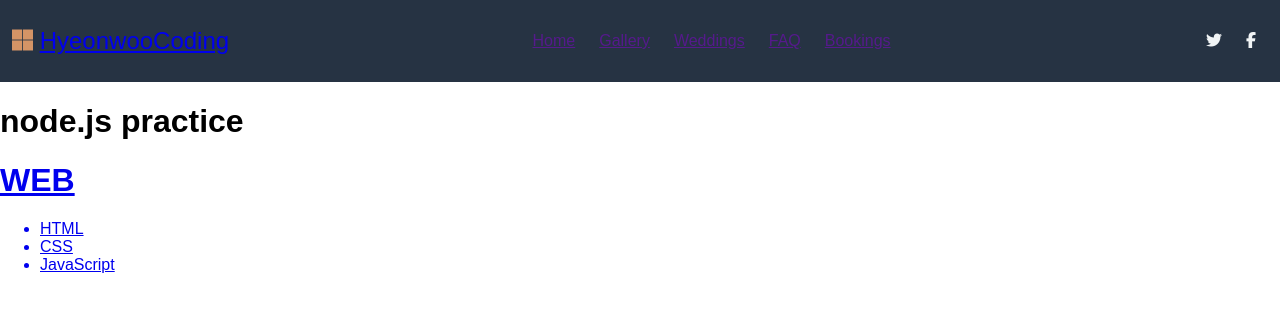
Repository: hhw12409/pracite-node.js
Page: http://localhost/
These files come from the project's save history. The page is drawn as it stood at one moment and after the next save; the edit follows.
The browser window is 1280 px wide. The pictures show the whole page.
Some web fonts or font styles are not loaded; a fallback is used. Some web libraries are served in a nearby version. The page is served by the project's Node server (server.js).

Above is the page before, as saved 2022-04-30 09:58:14.
Not found: main.js

### views/index.ejs
<!DOCTYPE html>
<html lang="en">
<head>
  <meta charset="UTF-8">
  <meta http-equiv="X-UA-Compatible" content="IE=edge">
  <meta name="viewport" content="width=device-width, initial-scale=1.0">
  <title>node.js practice</title>
</head>
<body>
  <%- include('nav.html')%>
  <h1>node.js practice</h1>
  <a href="/"><h1>WEB</h1></a>
  <ul>
    <a href="/html"><li>HTML</li></a>
    <a href="/css"><li>CSS</li></a>
    <a href="/javascript"><li>JavaScript</li></a>
  </ul>
</body>
</html>

### views/nav.html

<!DOCTYPE html>
<html lang="en">
<head>
    <meta charset="UTF-8">
    <meta http-equiv="X-UA-Compatible" content="IE=edge">
    <meta name="viewport" content="width=device-width, initial-scale=1.0">
    <link rel="stylesheet" href="/css/styles.css">
    <link rel="preconnect" href="https://fonts.googleapis.com">
    <link rel="preconnect" href="https://fonts.gstatic.com" crossorigin>
    <title>Nav bar</title>
    <script
    src="https://kit.fontawesome.com/6478f529f2.js"
    crossorigin="anonymous">
    </script>
    <script src="main.js" defer></script>
</head>
<body>
    <nav class="navbar">
        <div class="navbar__logo">
            <i class="fab fa-microsoft"></i>
            <a href="#">HyeonwooCoding</a>
        </div>

        <ul class="navbar__menu">
            <li><a href="">Home</a></li>
            <li><a href="">Gallery</a></li>
            <li><a href="">Weddings</a></li>
            <li><a href="">FAQ</a></li>
            <li><a href="">Bookings</a></li>
        </ul>

        <ul class="navbar__icons">
            <li><i class="fab fa-twitter"></i></li>
            <li><i class="fab fa-facebook-f"></i></li>
        </ul>

        <a href="#" class="navbar__togleBtn">
            <i class="fas fa-bars"></i>
        </a>
    </nav>
</body>
</html>

### server.js
const express = require('express');
const app = express();

// css middleware연동
app.use(express.static(__dirname + '/public'));

app.set('view engine', 'ejs');

require('dotenv').config()

app.get('/', (req, res)=> {
  res.render('index.ejs', {})
})

app.get('/html', (req, res)=> {
  res.render('html.ejs', {})
})

app.get('/css', (req, res)=> {
  res.render('css.ejs', {})
})

app.get('/javascript', (req, res)=> {
  res.render('javascript.ejs', {})
})

app.listen(process.env.PORT , function(){
  console.log("listening on server");
});

### public/css/styles.css
@import url("https://fonts.googleapis.com/css2?family=Source+Sans+Pro&display=swap");

@import "variables.css";

/* Components */
@import "components/nav-bar.css";

body{
  margin: 0;
  font-family: 'Source Sans Pro', sans-serif;
}

### public/css/variables.css
:root {
  --text-color: #f0f4f5;
  --background-color: #263343;
  --accent-color: #d49466;
}

### public/css/components/nav-bar.css
.navbar {
  display: flex;
  justify-content: space-between;
  align-items: center;
  background-color: var(--background-color);
  padding: 8px 12px;
}

.navbar__logo {
  font-size: 24px;
  color: var(--text-color);
}

.navbar__logo i {
  color: var(--accent-color);
}

.navbar__menu {
  display: flex;
  list-style: none;
  padding-left: 0;
}

.navbar__menu li {
  padding : 8px 12px;
}

.navbar__menu li:hover {
  background-color: var(--accent-color);
  border-radius: 4px;
}

.navbar__icons {
  list-style: none;
  color:var(--text-color);
  display: flex;
  padding-left: 0;
}

.navbar__icons li {
  padding: 8px 12px;
}

.navbar__togleBtn {
  display: none;
  position: absolute;
  right: 32px;
  font-size: 24px;
  color: var(--accent-color);
}

@media screen and (max-width: 768px) {
  .navbar {
      flex-direction: column;
      align-items: flex-start;
      padding: 8px 24px;
  }

  .navbar__menu {
      display: none;
      flex-direction: column;
      align-items: center;
      width: 100%;
  }

  .navbar__menu li {
      width:100%;
      text-align: center;
  }

  .navbar__icons {
      display: none;
      justify-content: center;
      width: 100%;
  }

  .navbar__togleBtn {
      display: block;
  }

  .navbar__menu.active,
  .navbar__icons.active {
      display: flex;
  }
}

After the next save:
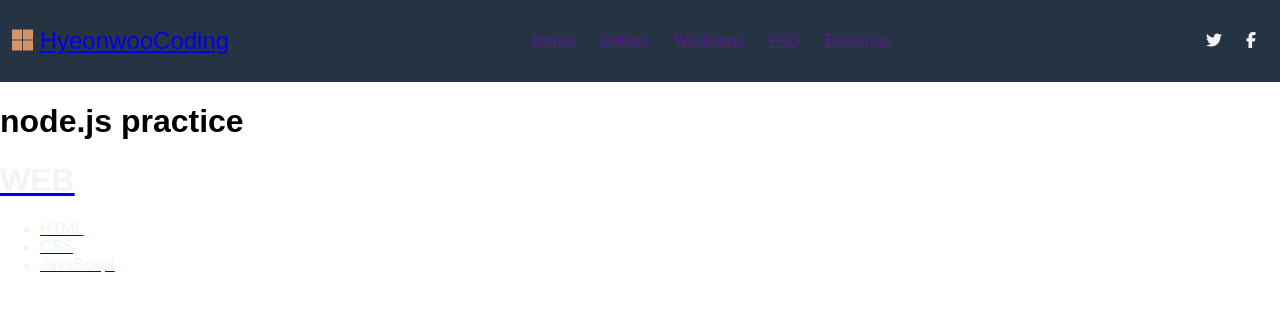
Saved 8 s later.
--- a/public/css/styles.css
+++ b/public/css/styles.css
@@ -9,3 +9,8 @@ body{
   margin: 0;
   font-family: 'Source Sans Pro', sans-serif;
 }
+
+a :not(link) {
+  text-decoration: none;
+  color:var(--text-color);
+}
